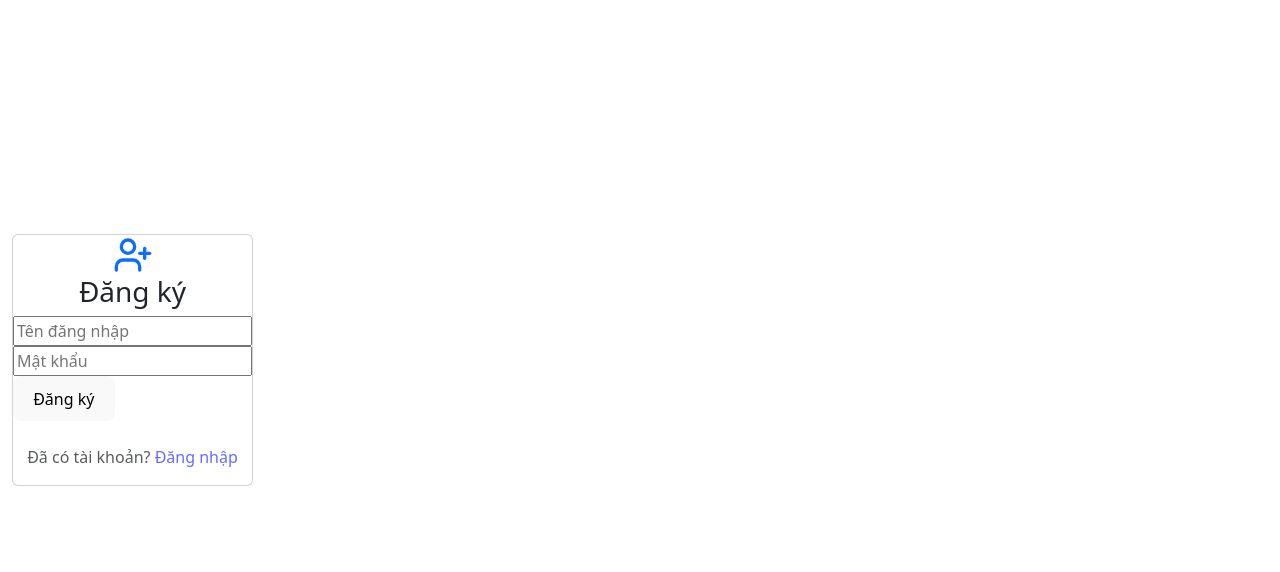
Repository: Thangvh29/WEB-tmdt
Page: /register (app in frontend/)
These files come from the project's save history. The page is drawn as it stood at one moment and after the next save; the edit follows.
The browser window is 1280 px wide. The pictures show the whole page.
The project was rebuilt for these pictures with package versions that can differ from the ones it lists, and the page was loaded fresh each time. Also part of the build but not shown: frontend/vite.config.js, frontend/src/pages/auth/Home.jsx, frontend/src/pages/auth/Login.jsx.

Above is the page before, as saved 2025-08-23 20:21:00.

After the next save:
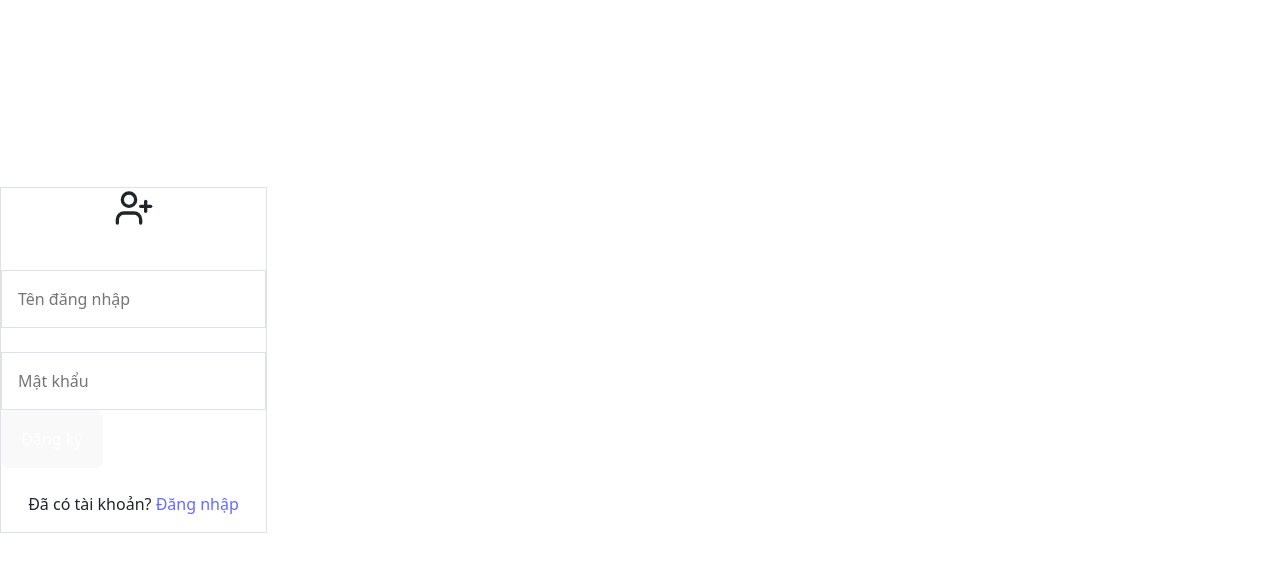
Saved 32 s later.
--- a/frontend/src/pages/auth/Register.jsx
+++ b/frontend/src/pages/auth/Register.jsx
@@ -16,30 +16,32 @@
   };
 
   return (
-    <div className="container">
+    <div className="min-h-screen flex items-center justify-center py-10">
       <motion.div
         initial={{ opacity: 0, y: 20 }}
         animate={{ opacity: 1, y: 0 }}
         transition={{ duration: 0.5 }}
-        className="card"
+        className="bg-gray-900/80 backdrop-blur-lg p-8 rounded-2xl shadow-2xl max-w-md w-full border border-gray-700"
       >
         <div className="text-center mb-6">
-          <UserPlus size={40} className="text-primary mx-auto" />
-          <h3>Đăng ký</h3>
+          <UserPlus size={40} className="text-cyan-400 mx-auto" />
+          <h3 className="text-2xl font-bold text-white">Đăng ký</h3>
         </div>
         <form onSubmit={handleSubmit}>
-          <div>
+          <div className="mb-4">
             <input
               type="text"
+              className="w-full p-3 bg-gray-800 text-white border border-gray-600 rounded-lg focus:outline-none focus:ring-2 focus:ring-cyan-400"
               placeholder="Tên đăng nhập"
               value={form.username}
               onChange={(e) => setForm({ ...form, username: e.target.value })}
               required
             />
           </div>
-          <div>
+          <div className="mb-6">
             <input
               type="password"
+              className="w-full p-3 bg-gray-800 text-white border border-gray-600 rounded-lg focus:outline-none focus:ring-2 focus:ring-cyan-400"
               placeholder="Mật khẩu"
               value={form.password}
               onChange={(e) => setForm({ ...form, password: e.target.value })}
@@ -50,12 +52,13 @@
             whileHover={{ scale: 1.05 }}
             whileTap={{ scale: 0.95 }}
             type="submit"
+            className="w-full bg-gradient-to-r from-cyan-500 to-purple-500 text-white py-3 rounded-lg font-semibold"
           >
             Đăng ký
           </motion.button>
         </form>
-        <p className="text-center mt-4 text-muted">
-          Đã có tài khoản? <Link to="/login">Đăng nhập</Link>
+        <p className="text-center mt-4 text-gray-400">
+          Đã có tài khoản? <Link to="/login" className="text-cyan-400 hover:text-cyan-300">Đăng nhập</Link>
         </p>
       </motion.div>
     </div>
